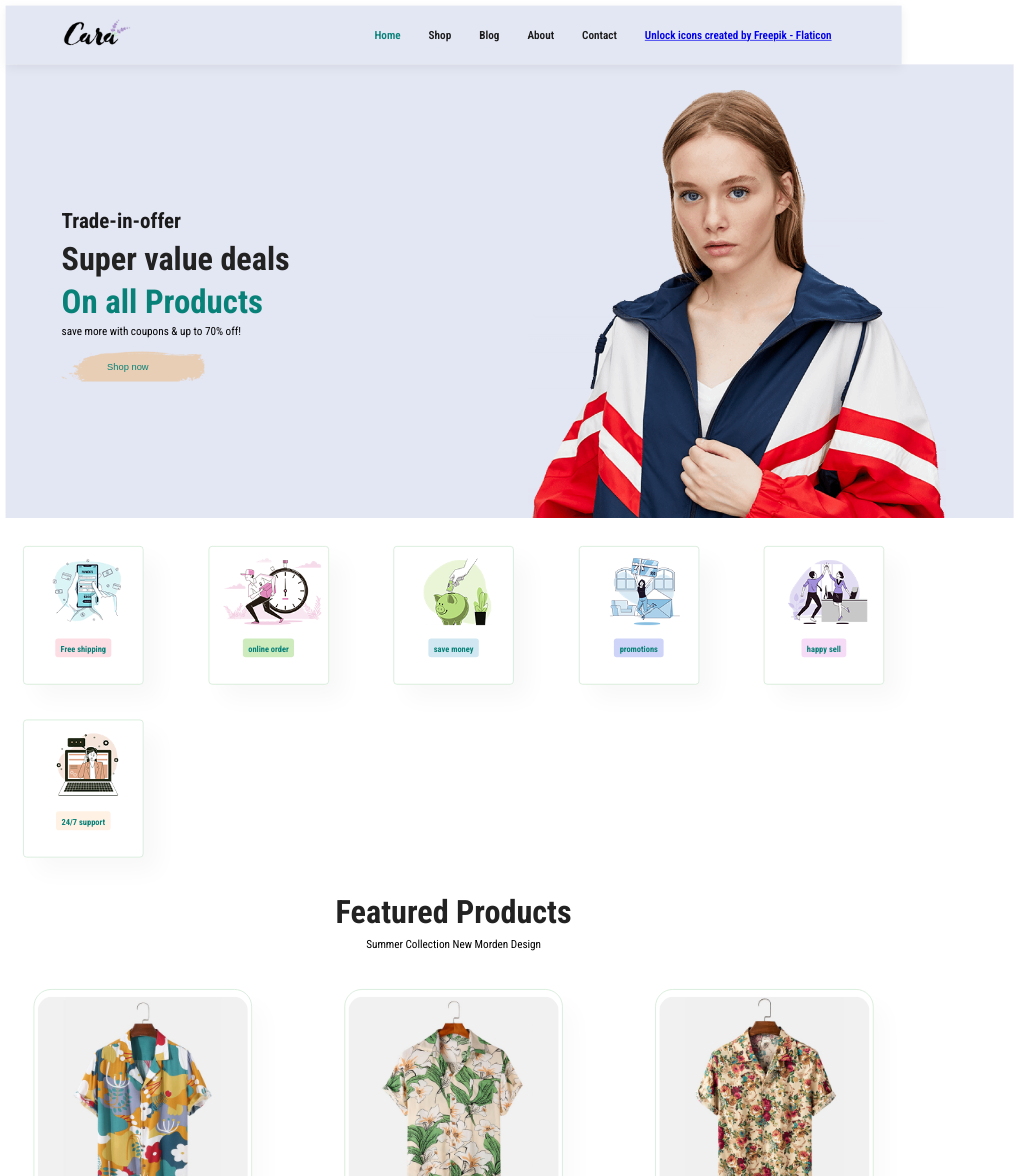
Repository: nhutduy-1905/web_coban
Page: src/index/index.html
These files come from the project's save history. The page is drawn as it stood at one moment and after the next save; the edit follows.
The browser window is 1280 px wide. The page is 1448 px wide, so the pictures cover 1448 px, including what lies to the right of the window. The pictures show the part of the page from y = 0 to 1680 px (the page is 3771 px tall before and 4243 px after), at 70% of full size.

Above is the page before, as saved 2024-11-19 21:27:44.

### src/index/index.html
<!DOCTYPE html>
<html lang="en">
<!-- Khai báo định dạng tài liệu HTML và ngôn ngữ là tiếng Anh -->

<head>
    <meta charset="UTF-8">
    <!-- Thiết lập bộ ký tự của trang là UTF-8 -->
    <meta name="viewport" content="width=device-width, initial-scale=1.0">
    <!-- Điều chỉnh để trang hiển thị tốt trên mọi thiết bị, đặc biệt là thiết bị di động -->
    <link rel="stylesheet" href="../benefit/benefit.css">
    <link rel="stylesheet" href="../index/main.css">
    <link rel="stylesheet" href="../product/product.css">
    <link rel="stylesheet" href="../product/item.css">
    <link rel="preconnect" href="https://fonts.googleapis.com">
    <link rel="preconnect" href="https://fonts.gstatic.com" crossorigin>
     <!-- link sao -->
    <link rel="preconnect" href="https://fonts.googleapis.com">
<link rel="preconnect" href="https://fonts.gstatic.com" crossorigin>
<link href="https://fonts.googleapis.com/css2?family=Roboto+Condensed:ital,wght@0,100..900;1,100..900&family=Roboto:ital,wght@0,100;0,300;0,400;0,500;0,700;0,900;1,100;1,300;1,400;1,500;1,700;1,900&display=swap" rel="stylesheet">
     <link rel="stylesheet" href="product.css">
     <!-- link giỏ hàng -->
     <link rel="stylesheet" href="https://pro.fontawesome.com/releases/v5.15.4/css/all.css">
    <title>Super Value Deals</title>
    <!-- Tiêu đề của trang web hiển thị trên tab của trình duyệt -->
</head>

<body>

    <section id="header">
        <a href="#"><img src="../../images/logo.png" class="logo" alt="Logo"></a>
        <div>
            <div id="nvbar">
                <div class="active">Home</div>
                <div>Shop</div>
                <div>Blog</div>
                <div>About</div>
                <div>Contact</div>
                <div><a href="https://www.flaticon.com/free-icons/unlock" title="unlock icons">Unlock icons created by Freepik - Flaticon</a></div>
            </div>
        </div>
    </section>
    <Section id ="hero">
        <h4>Trade-in-offer</h4>
        <h2>Super value deals</h2>
        <h1>On all Products</h1>
        <p>save more with coupons & up to 70% off!</p>
        <button>Shop now</button>
    </Section>


    <section id ="featured">
        <div class = "fe-box">
            <img  class = "magic-1"src = "../../images/features/f1.png" alt ="">
            <h6>Free shipping</h6>
        </div>
        <div class = "fe-box">
            <img src = "../../images/features/f2.png" alt ="">
            <h6>online order</h6>
        </div>
        <div class = "fe-box">
            <img src = "../../images/features/f3.png" alt ="">
            <h6>save money</h6>
        </div>
        <div class = "fe-box">
            <img src = "../../images/features/f4.png" alt ="">
            <h6>promotions</h6>
        </div>
        <div class = "fe-box">
            <img src = "../../images/features/f5.png" alt ="">
            <h6>happy sell</h6>
        </div>
        <div class = "fe-box">
            <img  class = "magic-2" src = "../../images/features/f6.png" alt ="">
            <h6>24/7 support</h6>
        </div>
    </section>

    <section id ="product1" class = "section-p1">
        <h2>Featured Products</h2>
        <p>Summer Collection New Morden Design</p>
        <div class ="pro-container">
            <div class ="pro">
                <img src ="../../images/products/f1.jpg" alt ="">
                <div class ="des">
                    <span>adidas</span>
                    <h5> Cartoon Astronaut T-Shirts</h5>
                    <div class ="star">
                        <i class="fas fa-star"></i>
                        <i class="fas fa-star"></i>
                        <i class="fas fa-star"></i>
                        <i class="fas fa-star"></i>
                        <i class="fas fa-star"></i>
                    </div>
                    <h4>$78</h4>
                </div>
                   <a href ="#"><i class="fal fa-shopping-cart cart"></i></a>
            </div>
            <div class ="pro">
                <img src ="../../images/products/f2.jpg" alt ="">
                <div class ="des">
                    <span>adidas</span>
                    <h5> Cartoon Astronaut T-Shirts</h5>
                    <div class ="star">
                        <i class="fas fa-star"></i>
                        <i class="fas fa-star"></i>
                        <i class="fas fa-star"></i>
                        <i class="fas fa-star"></i>
                        <i class="fas fa-star"></i>
                    </div>
                    <h4>$78</h4>
                </div>
                   <a href ="#"><i class="fal fa-shopping-cart cart"></i></a>
            </div>
            <div class ="pro">
                <img src ="../../images/products/f3.jpg" alt ="">
                <div class ="des">
                    <span>adidas</span>
                    <h5> Cartoon Astronaut T-Shirts</h5>
                    <div class ="star">
                        <i class="fas fa-star"></i>
                        <i class="fas fa-star"></i>
                        <i class="fas fa-star"></i>
                        <i class="fas fa-star"></i>
                        <i class="fas fa-star"></i>
                    </div>
                    <h4>$78</h4>
                </div>
                   <a href ="#"><i class="fal fa-shopping-cart cart"></i></a>
            </div>
            <div class ="pro">
                <img src ="../../images/products/f4.jpg" alt ="">
                <div class ="des">
                    <span>adidas</span>
                    <h5> Cartoon Astronaut T-Shirts</h5>
                    <div class ="star">
                        <i class="fas fa-star"></i>
                        <i class="fas fa-star"></i>
                        <i class="fas fa-star"></i>
                        <i class="fas fa-star"></i>
                        <i class="fas fa-star"></i>
                    </div>
                    <h4>$78</h4>
                </div>
                   <a href ="#"><i class="fal fa-shopping-cart cart"></i></a>
            </div>
            <div class ="pro">
                <img src ="../../images/products/f5.jpg" alt ="">
                <div class ="des">
                    <span>adidas</span>
                    <h5> Cartoon Astronaut T-Shirts</h5>
                    <div class ="star">
                        <i class="fas fa-star"></i>
                        <i class="fas fa-star"></i>
                        <i class="fas fa-star"></i>
                        <i class="fas fa-star"></i>
                        <i class="fas fa-star"></i>
                    </div>
                    <h4>$78</h4>
                </div>
                   <a href ="#"><i class="fal fa-shopping-cart cart"></i></a>
            </div>
            <div class ="pro">
                <img src ="../../images/products/f6.jpg" alt ="">
                <div class ="des">
                    <span>adidas</span>
                    <h5> Cartoon Astronaut T-Shirts</h5>
                    <div class ="star">
                        <i class="fas fa-star"></i>
                        <i class="fas fa-star"></i>
                        <i class="fas fa-star"></i>
                        <i class="fas fa-star"></i>
                        <i class="fas fa-star"></i>
                    </div>
                    <h4>$78</h4>
                </div>
                   <a href ="#"><i class="fal fa-shopping-cart cart"></i></a>
            </div>
            <div class ="pro">
                <img src ="../../images/products/f7.jpg" alt ="">
                <div class ="des">
                    <span>adidas</span>
                    <h5> Cartoon Astronaut T-Shirts</h5>
                    <div class ="star">
                        <i class="fas fa-star"></i>
                        <i class="fas fa-star"></i>
                        <i class="fas fa-star"></i>
                        <i class="fas fa-star"></i>
                        <i class="fas fa-star"></i>
                    </div>
                    <h4>$78</h4>
                </div>
                   <a href ="#"><i class="fal fa-shopping-cart cart"></i></a>
            </div>
            <div class ="pro">
                <img src ="../../images/products/f8.jpg" alt ="">
                <div class ="des">
                    <span>adidas</span>
                    <h5> Cartoon Astronaut T-Shirts</h5>
                    <div class ="star">
                        <i class="fas fa-star"></i>
                        <i class="fas fa-star"></i>
                        <i class="fas fa-star"></i>
                        <i class="fas fa-star"></i>
                        <i class="fas fa-star"></i>
                    </div>
                    <h4>$78</h4>
                </div>
                   <a href ="#"><i class="fal fa-shopping-cart cart"></i></a>
            </div>
        </div>

    </section>

    <section id = "banner3">
        <div class = "banner-box">
            <h2>SEASONAL SALE </h2>
            <h3>Winter Collection -50% OFF</h3>
        </div>
        <div class = "banner-box banner-box2">
            <h2>NEW FOOTWEAR COLLECTION </h2>
            <h3>Spring/Summer 2024</h3>
        </div>
        <div class = "banner-box banner-box3">
            <h2>T-SHIRTS</h2>
            <h3>New Trendy Prints</h3>
        </div>
     </section>
     <section id = "newsletter">
        <div class = "newtest">
            <h4>Sign Up For Newsletters</h4>
            <p>Get E-mail upadtes about us latest shop and <span>special offers.</span></p>
        </div>
        <div class = "form">
            <input type= "text" placeholder ="Your email address">
            <button class = "normal">Sign Up</button>
        </div>
     </section>

     <footer class ="section-p1">
        <div class = "col">
            <img  class = "logo" src = "../../images/logo.png" alt ="">
            <h4>Contact</h4>
            <p><strong><i>Address:</strong>Wellington Road,Street 32,San Fancisco</i></p>
            <p><strong><i>Phone: </strong>Wellington Road,Street 32,San Fancisco</i></p>
            <p><strong><i>Hours: </strong>10:00-18:00.Mon-Sat</i></p>
            <div class ="follow us">
                <h4>Follow us</h4>
                <div class = "icon">
                    <i class="fab fa-facebook-f"></i>
                    <i class="fab fa-twitter"></i>
                    <i class="fab fa-instagram"></i>
                    <i class="fab fa-pinterest-p"></i>
                    <i class="fab fa-youtube"></i>
                </div>
            </div>
        </div>

        <div class = "col">
            <h4>About</h4>
            <a href = "#">About us</a>
            <a href = "#">Delivery Information</a>
            <a href = "#">Privacy Policy</a>
            <a href = "#">Terms & Conditions</a>
            <a href = "#">Contact Us</a>
        </div>

        <div class = "col">
            <h4>My Account</h4>
            <a href = "#">Sign In</a>
            <a href = "#">View Cart</a>
            <a href = "#">My Wishlist</a>
            <a href = "#">Track My Order</a>
            <a href = "#">Help</a>
        </div>

        <div class = "col install">
            <h4 class = "col1">Install App</h4>
            <p class = "col2">From App store or Google Play</p>
            <div class ="row">
                <img src = "../../images/pay/app.jpg" alt ="">
                <img src = "../../images/pay/play.jpg" alt = "">
            </div>
            <p>Secured Payment Gateways</p>
            <img src = "../../images/pay/pay.png" alt ="">
        </div>
     </footer>

</body>
</html>

### src/benefit/benefit.css
#featured {
    display: flex;
     /* Tạo container flexbox để sắp xếp các phần tử con */
    align-items: center;
    /* Căn giữa các phần tử con theo chiều dọc (trục y) */
    justify-content: space-between;
    /* Phân phối các phần tử con cách đều nhau theo chiều ngang (trục x) */
    flex-wrap: wrap;
    /* Cho phép các phần tử con xuống dòng khi không đủ không gian */
 }

 #featured .fe-box {
    width: 140px;
    /* Đặt chiều rộng cho mỗi hộp là 120px */
    text-align: center;
    /* Căn giữa nội dung văn bản trong mỗi hộp */
     padding:   10px 15px;
     /* Khoảng đệm bên trong mỗi hộp (15px trên dưới, 10px trái phải) */
    box-shadow: 20px 20px 34px rgba(0, 0, 0, 0.03);
     /* Tạo bóng cho hộp với độ mờ nhẹ */
    border: 1px solid #cce7d0;
    /* Tạo viền màu xanh nhạt cho mỗi hộp */
    border-radius: 5px;
    /* Bo tròn góc của hộp với bán kính 4px */
     margin: 10px;
    /* Tạo khoảng cách ngoài cho mỗi hộp là 15px */
    margin-left:25px;
    margin-top: 40px;
    margin-right: 25px;

 }

 #featured .fe-box:hover {
    box-shadow: 10px 10px 54px rgba(70, 62, 221, 0.1);
    /* Tăng bóng khi di chuột qua hộp */
 }

 #featured .fe-box img {
    width: 100%;
    /* Đặt chiều rộng ảnh bằng 100% của hộp chứa */
    margin-bottom: 10px;
    /* Khoảng cách dưới của ảnh là 10px */
    padding: 5px 5px;
 }

 #featured .fe-box h6 {
   display: inline-block;
     /* Hiển thị tiêu đề h6 dưới dạng khối nội tuyến */
   padding: 9px 8px 6px 8px;
    /* Khoảng đệm bên trong tiêu đề h6 (trên 9px, phải 8px, dưới 6px, trái 8px) */
   line-height: 1;
    /* Chiều cao dòng là 1 */
   border-radius: 4px;
   /* Bo tròn góc của tiêu đề với bán kính 4px */
   color: #088178;
     /* Màu chữ xanh lá cây */
   background-color: #fddde4;
    /* Nền màu hồng nhạt cho tiêu đề */
    margin-top: 0px;

 }

 #featured .fe-box:nth-child(2) h6 {
   background-color: #cdebbc;
   /* Nền màu xanh nhạt cho hộp thứ hai */
 }

 #featured .fe-box:nth-child(3) h6 {
   background-color: #d1e8f2;
    /* Nền màu xanh nhạt cho hộp thứ ba */
 }

 #featured .fe-box:nth-child(4) h6 {
   background-color: #cdd4f8;
   /* Nền màu xanh dương nhạt cho hộp thứ tư */
 }

 #featured .fe-box:nth-child(5) h6 {
   background-color: #f6dbf6;
    /* Nền màu tím nhạt cho hộp thứ năm */
 }

 #featured .fe-box:nth-child(6) h6 {
   background-color: #fff2e5;
   /* Nền màu cam nhạt cho hộp thứ sáu */

 }

### src/index/main.css
h1 {
    font-size: 50px;
    line-height: 64px;
    color: #222;
    margin-bottom: 0;
    margin-top: 0;
}

h2 {
    font-size: 46px;
    line-height: 54px;
    color: #222;
    margin-top: 0;
    margin-bottom: 0;
}

h4 {
    font-size: 30px;
    margin-top: 10px;
    margin-bottom: 10px;
}

h6 {
    font-weight: 700;
    font-size: 12px;
}

p {
    font-size: 16px;

    margin: 15px 0  20px ;
    margin-top: 0px;
}

.section-p1 {
    padding: 40px 40px;
}

.section-m1 {
    margin: 40px 0;
}

body {
    width: 100%;
   font-family: "Roboto Condensed", sans-serif;
}

#header {
    display: flex;
    align-items: center;
    justify-content: space-between;
    padding: 20px 80px;
    background: #E3E6F3;
    box-shadow: 0 5px 15px rgba(0, 0, 0, 0.06);
    z-index: 999;
    position: sticky;
    top: 0;
    left: 0;
}

#nvbar {
    display: flex;
    align-items: center;
    justify-content: center;
}

#nvbar div {
    list-style: none;
    padding: 0 20px;
    text-decoration: none;
    font-size: 16px;
    font-weight: 600;
    color: #1a1a1a;
}

#nvbar div:hover {
    color: #088178;
}

#nvbar .active {
    color: #088178;
}

#nvbar .div .active::after {
    content: "";
    width: 30px;
    height: 2px;
    background-color: #088178;
    position: absolute;
    bottom: -4px;
    left: 20px;
}

#hero {
    background-image: url("../../images/hero4.png");
    height: 90vh;
    width: 100%;
    background-size: cover;
    background-position: top 25% right 0;
    padding: 0 80px;
    display: flex;
    flex-direction: column;
    align-items: flex-start;
    justify-content: center;

}


#hero h1 {
    color: #088178;
    margin-top:-7px;
    font-size: 47px;
}

#hero button {
    background-image: url("../../images/button.png");
    background-color: transparent;
    color: #088178;
    border: 0;
    padding: 14px 80px 14px 65px;
}
#hero h4
{
    color: #1a1a1a;

}

### src/product/product.css
#product1
{
   text-align: center; /* Căn giữa tất cả nội dung văn bản bên trong phần tử #product1 */
}

#product1 .pro-container
{
   display: flex; /* Sử dụng flexbox để bố trí các phần tử con */
   justify-content: space-between; /* Căn đều các phần tử con với khoảng cách đều nhau */
   padding-top: 20px; /* Tạo khoảng cách trên cùng cho phần tử */
   flex-wrap: wrap; /* Cho phép các phần tử con xuống hàng khi không đủ chỗ */
}

#product1 .pro
{
    width: 5%; /* Đặt chiều rộng của mỗi sản phẩm là 5% của khối chứa */
    min-width: 300px; /* Đảm bảo mỗi sản phẩm có chiều rộng tối thiểu là 250px */
    padding: 10px 5px; /* Tạo khoảng cách giữa nội dung bên trong phần tử và viền */
    border: 1px solid #cce7d0; /* Tạo viền mỏng màu #cce7d0 */
    border-radius: 25px; /* Làm tròn góc các viền với bán kính 25px */
    cursor: pointer; /* Thay đổi con trỏ thành hình tay khi di chuột lên */
    box-shadow: 20px 20px 30px rgba(0, 0, 0, 0.02); /* Tạo hiệu ứng đổ bóng nhạt cho phần tử */
    margin: 15px 0; /* Tạo khoảng cách trên và dưới của phần tử */
    transition: 0.2 ease; /* Tạo hiệu ứng chuyển động mượt khi có sự thay đổi */
    position: relative; /* Đặt phần tử ở vị trí tương đối để các phần tử con có thể định vị dựa vào nó */
}

#product1 .pro:hover
{
   box-shadow: 20px 20px 30px rgba(0, 0, 0, 0.06); /* Tăng cường đổ bóng khi người dùng hover chuột lên sản phẩm */
}

#product1 .pro img
{
    width: 100%; /* Hình ảnh chiếm toàn bộ chiều rộng của phần tử chứa */
    border-radius: 20px; /* Làm tròn góc các hình ảnh */
    margin-bottom: -10px;
}

#product1 .pro .des
{
   text-align: start; /* Căn trái văn bản trong mô tả */
   padding: 10px 0; /* Tạo khoảng cách trên và dưới cho phần mô tả */
}

#product1 .pro .des span
{
   color: #606063; /* Đặt màu chữ cho thẻ <span> */
   font-size: 12px; /* Đặt kích thước chữ là 12px */
}

#product1 .pro .des h5
{
   padding-top: 7px; /* Tạo khoảng cách trên cho tiêu đề h5 */
   color: #1a1a1a; /* Đặt màu chữ tối cho tiêu đề h5 */
   font-size: 14px; /* Đặt kích thước chữ là 14px */
   margin-top: -5px;
   margin-bottom: 0px;
   margin-left: 0px;
}

#product1 .pro .des i
{
    font-size: 12px; /* Đặt kích thước chữ cho các biểu tượng sao */
    color: rgb(243, 181, 25); /* Màu vàng cho các biểu tượng sao */
}

#product1 .pro .des h4
{
   padding-top: 7px; /* Tạo khoảng cách trên cho thẻ h4 */
   font-size: 15px; /* Đặt kích thước chữ là 15px */
   font-weight: 700; /* Đặt độ đậm của chữ là 700 (bold) */
   color:#088178; /* Đặt màu xanh lá cho giá sản phẩm */
   margin-top: 0px;
}

#product1 .pro .cart
{
  width: 40px; /* Đặt chiều rộng của biểu tượng giỏ hàng */
  height: 40px; /* Đặt chiều cao của biểu tượng giỏ hàng */
  line-height: 40px; /* Canh giữa biểu tượng giỏ hàng theo chiều dọc */
  border-radius: 50px; /* Làm tròn biểu tượng giỏ hàng thành hình tròn */
  background-color: #e8f6ea; /* Đặt màu nền xanh nhạt cho giỏ hàng */
  font-weight: 500; /* Đặt độ đậm của chữ trong giỏ hàng là 500 */
  color:#088178; /* Màu chữ xanh lá cho biểu tượng giỏ hàng */
  border: 1px solid #cce7d0; /* Tạo viền mỏng màu xanh nhạt cho giỏ hàng */
  position: absolute; /* Đặt biểu tượng giỏ hàng ở vị trí tuyệt đối trong phần tử cha */
  bottom:20px; /* Đặt biểu tượng cách đáy 20px */
  right: 10px; /* Đặt biểu tượng cách phải 10px */
  margin-bottom:-10px;
}
h2
{
   margin-bottom: 10px;
}

Loaded but not shown: src/product/item.css (198 lines, source omitted)

After the next save:
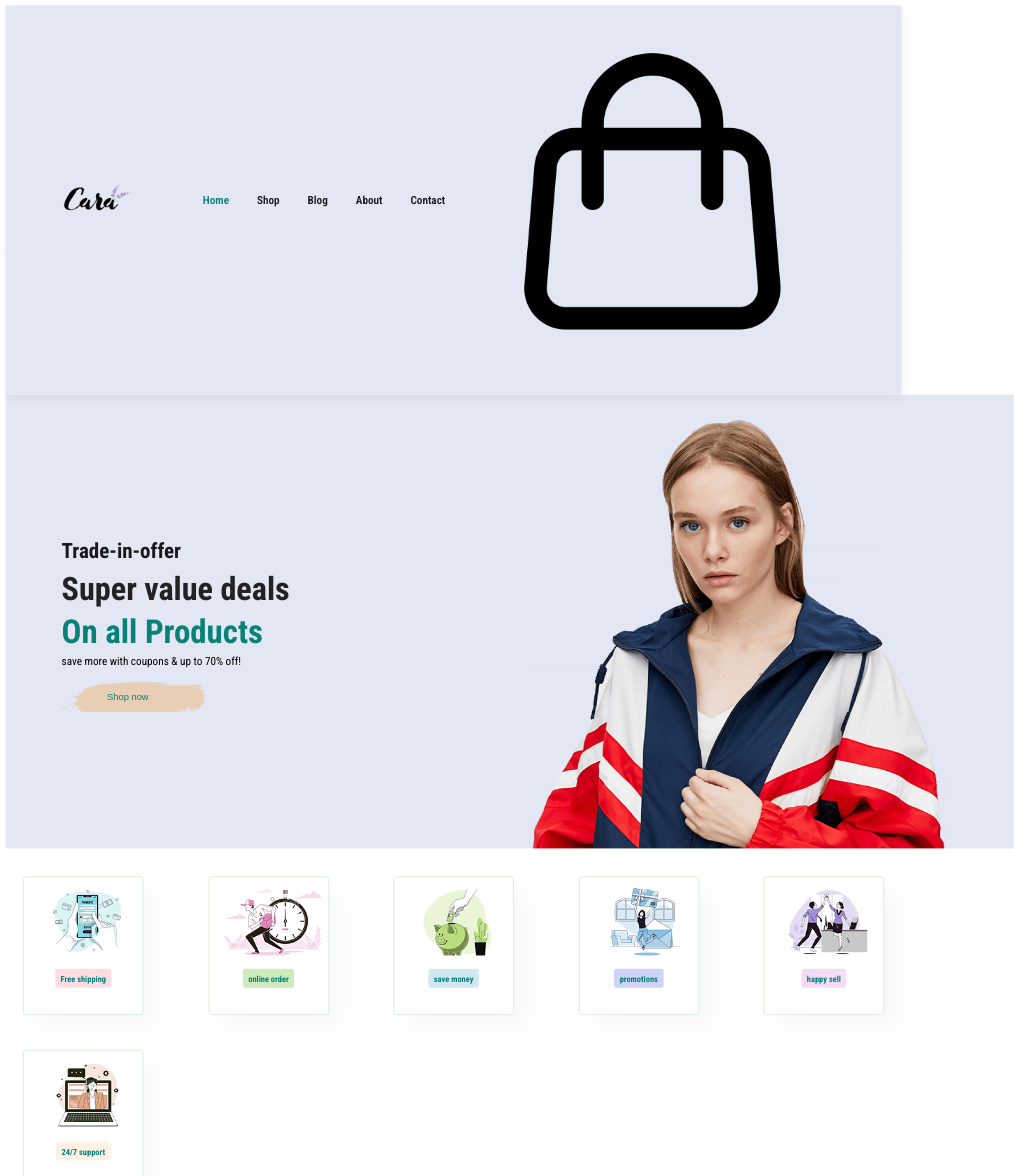
Saved 5 min 55 s later.
--- a/src/index/index.html
+++ b/src/index/index.html
@@ -35,7 +35,9 @@
                 <div>Blog</div>
                 <div>About</div>
                 <div>Contact</div>
-                <div><a href="https://www.flaticon.com/free-icons/unlock" title="unlock icons">Unlock icons created by Freepik - Flaticon</a></div>
+                <div>
+                    <img src = "../../shopping-bag.png">
+                </div>
             </div>
         </div>
     </section>
